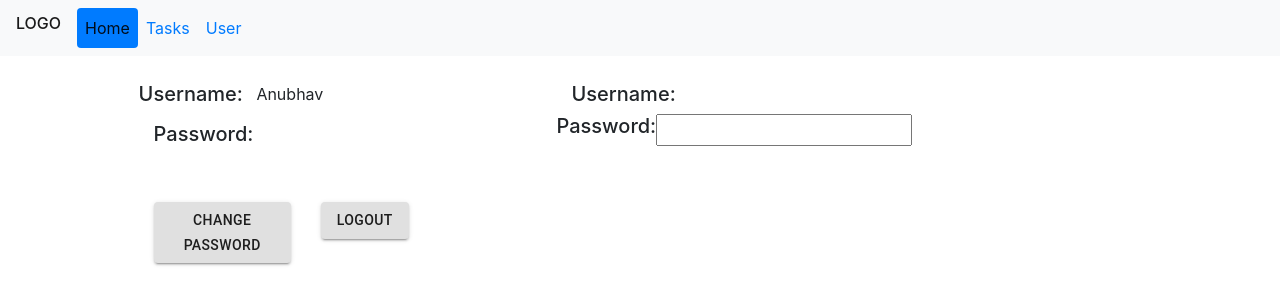
Repository: lalji-yadav/Nimapinfotech-demo-project
Page: /user
The author's editor kept a copy of each file at every save. The page is drawn from the files as they stood at one save, then again after the next save.
The browser window is 1280 px wide. The pictures show the whole page.
The project was rebuilt for these pictures with package versions that can differ from the ones it lists, and the page was loaded fresh each time. Also part of the build but not shown: src/components/Home.js, src/components/Tasks.js, src/components/Login.js.

Above is the page before, as saved 2021-01-17 20:18:55.

After the next save:
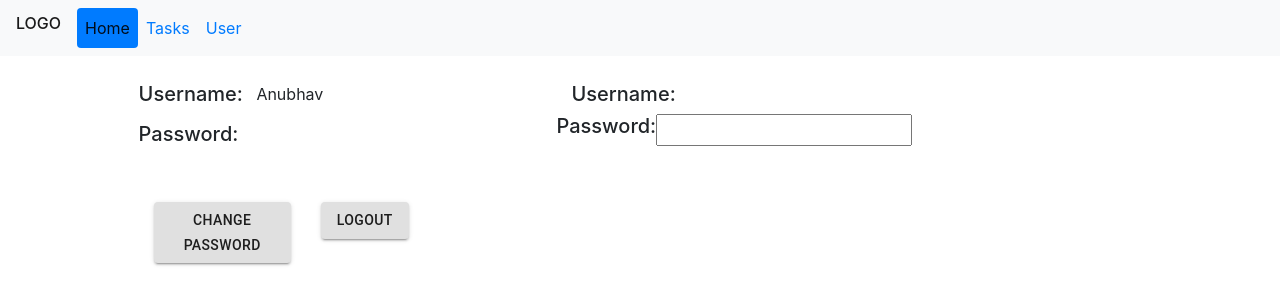
Saved 28 s later.
--- a/src/components/Users.js
+++ b/src/components/Users.js
@@ -17,7 +17,11 @@ const User=()=> {
                         <h5>Username:</h5> &nbsp; &nbsp; <p>{values.username} </p>
                         </div>
 
-                        <h5>Password:</h5> <span> </span>
+                        <div className="row">
+                         <h5>Password:</h5> <span> </span>
+                        </div>
+
+
                     </div>
                     <div className="col-sm-5">
                         <h5>Username:</h5> <span> </span>
